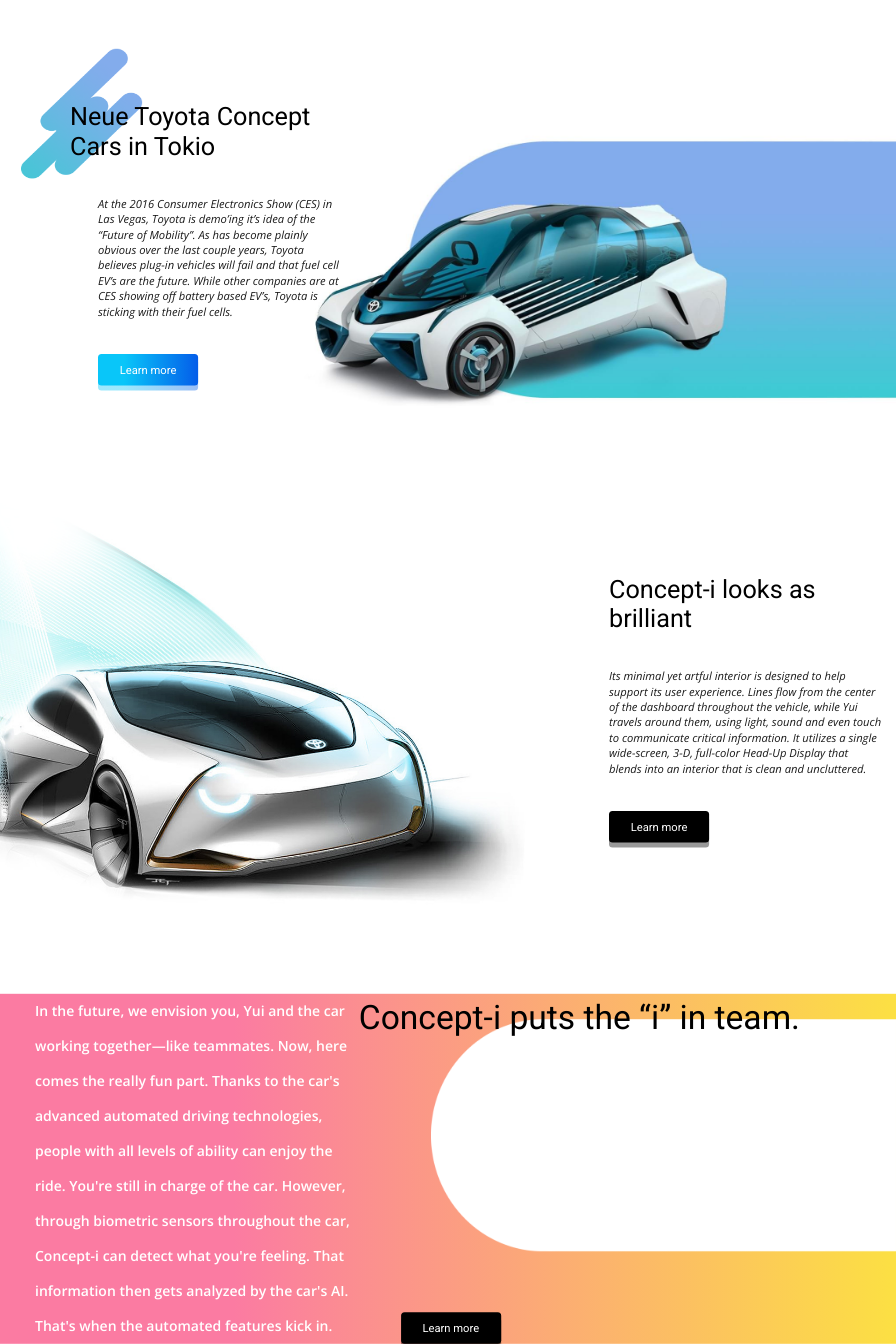
Repository: ThanhThn/Moto-Toyota
Page: index.html
The author's editor kept a copy of each file at every save. The page is drawn from the files as they stood at one save, then again after the next save.
The browser window is 1280 px wide. The pictures show the part of the page from y = 1924 to 3844 px (the page is 3844 px tall before and 3839 px after), at 70% of full size.

Above is the page before, as saved 2022-07-07 13:09:05.

After the next save:
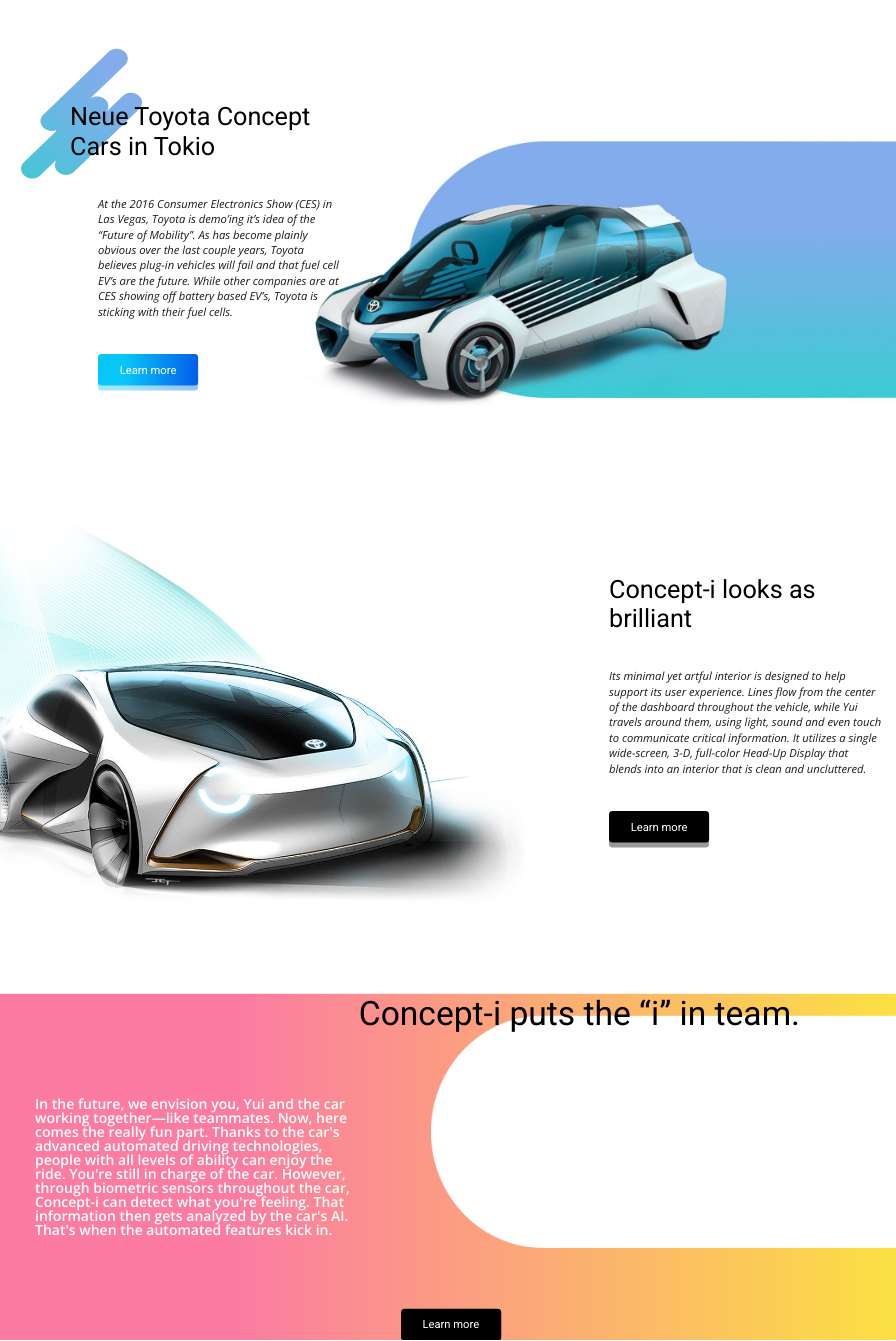
Saved 5 s later.
--- a/css/style.css
+++ b/css/style.css
@@ -269,7 +269,7 @@
     font-weight: 600 ;
     color: #fff;
     margin: auto 0 auto 50px;
-    line-height: 50px;
+    line-height: 20px;
 }
 .i-team
 {
